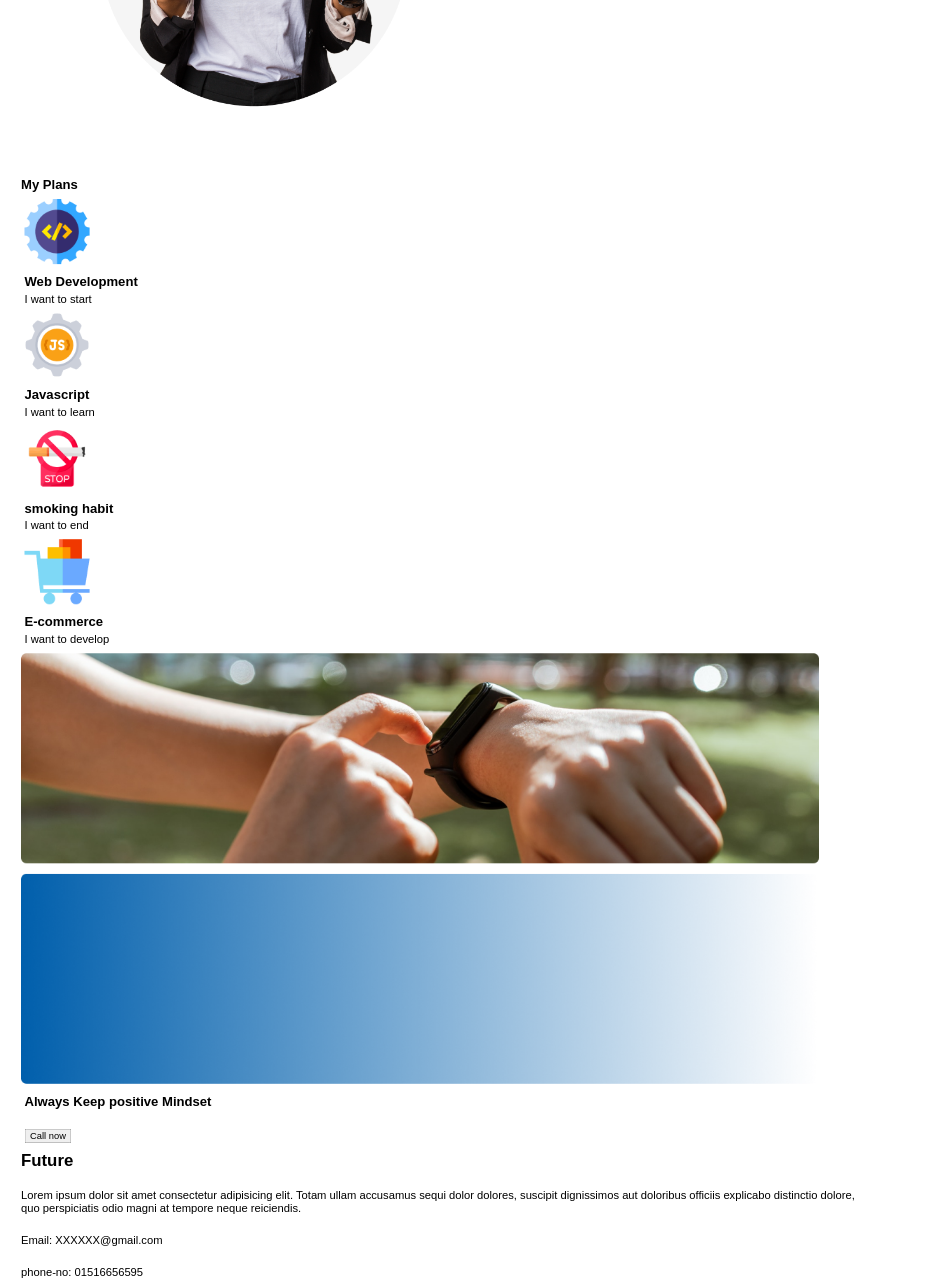
Repository: sadiaafsana138/All-Thinks-Are-Possible-Website
Page: index.html
The author's editor kept a copy of each file at every save. The page is drawn from the files as they stood at one save, then again after the next save.
The browser window is 1280 px wide. The page is 1344 px wide, so the pictures cover 1344 px, including what lies to the right of the window. The pictures show the part of the page from y = 1275 to 3115 px (the page is 3446 px tall), at 70% of full size.

Above is the page before, as saved 2023-01-08 10:47:09.

### index.html
<!DOCTYPE html>
<html lang="en">

<head>
    <meta charset="UTF-8">
    <meta http-equiv="X-UA-Compatible" content="IE=edge">
    <meta name="viewport" content="width=device-width, initial-scale=1.0">
    <title>First Website</title>
    <link rel="stylesheet" href="styles/web.css">
</head>

<body>
    <!-- header -->
    <header>
        <section class="section1">
            <div>
                <h1 id="head-text1">
                    All Thinks Are<br>Possible If You<br>believe
                </h1>
                <p id="head-text2" >Lorem ipsum dolor sit consectetur adipisicing<br>elit.Veritatis quisquam necessitatibus <br>quod rem vel modi laboriosam doloribus<br>laborum dolorem?
                </p>
                <button id="button1">
                    Contact Us
                </button>
            </div>
        </section>
    </header>
    <main>
        <!--second section-->
        <section class="section2">
            <div id="sec2details">
                <img id="sec2img" src="images/person.png" alt="person">
                <div id="sec2text">
                    <h2>
                        My failures of <br>
                        previous year
                    </h2>
                    <p>
                        Lorem ipsum dolor, sit amet adipisicing
                        elit. Ullam,<br> inventore cum. Totam culpa voluptate possimus.
                    </p>
                    <ul>
                        <li>aaaaaaa</li>
                        <li>aaaaaaaaa</li>
                        <li>aaaaaaaa</li>
                        <li>aaaaaaa</li>
                        <li>aaaaaaa</li>
                    </ul>
                </div>
            </div>
        </section>

        <!--section 3-->
        <section>
            <div>
                <h3>
                    My Plans
                </h3>
                <div>
                    <img src="images/icons/web.png" alt=""><br>
                    <H3>Web Development</H3>
                    <p>I want to start</p>
                </div>
                <div>
                    <img src="images/icons/js.png" alt=""><br>
                    <H3>Javascript</H3>
                    <p>I want to learn</p>
                </div>
                <div>
                    <img src="images/icons/smoke.png" alt=""><br>
                    <H3>smoking habit</H3>
                    <p>I want to end</p>
                </div>
                <div>
                    <img src="images/icons/ecom.png" alt=""><br>
                    <H3>E-commerce</H3>
                    <p>I want to develop</p>
                </div>
            </div>
            <div>
                <img src="images/watch.png" alt="">
                <img src="images/gradient1.png" alt="">
                <div>
                    <h3>Always Keep positive Mindset</h3><br>
                    <button>Call now</button>
                </div>
            </div>
        </section>

    </main>
    <footer>
        <Section>
            <div>
                <h2>Future</h2><br>
                <p>Lorem ipsum dolor sit amet consectetur adipisicing elit. Totam ullam accusamus sequi dolor dolores,
                    suscipit dignissimos aut doloribus officiis explicabo distinctio dolore, quo perspiciatis odio magni
                    at tempore neque reiciendis.
                </p><br>
                <p>Email: XXXXXX@gmail.com</p><br>
                <P>phone-no: 01516656595</P><br>
                <ul>
                    <li><img src="images/icons/fb.png" alt=""></li>
                    <li><img src="images/icons/youtube.png" alt=""></li>
                    <li><img src="images/icons/twitter.png" alt=""></li>
                </ul>
            </div>
            <div>
                <h3>subscribe</h3><br>
                <input type="email" plavceholder="Enter Your Email"><br>
                <button>subscribe here</button>
            </div>
        </Section>
    </footer>
</body>

</html>

### styles/web.css
*{
margin: 5px 5px ;
font-family: Arial, Helvetica, sans-serif;
}
.section1{
    background-image:url(../images/banner/banner3.png);
    height: 808px;
    width:cover;
    background-repeat: no-repeat;
    background-color: blue;

}
#head-text1{
    color: white;
    padding-left: 50% ;
    padding-right:5%;
    padding-top: 20%;
    text-align: right;
    Font-style: Bold;
}
#head-text2{
    color: white;
    padding-left: 50% ;
    padding-right:5%;
    text-align: right;
}
#button1{
    margin-top: 10px;
    width: 160px;
    height: 56px;
    left: 640px;
    top: 438px;
    text-align: center;
    align-items: right;
    background: white;
    border-radius: 5px;
    margin-right: 150px;
    margin-left: 82%;
    align-content: right;
}
#sec2details{
    display: flex;
    width: 1000px;
    height: 700px;
    margin-left: 100px;
    margin-right: 100px;
}
#sec2img{
    align-items: center;

    margin-bottom:20%;
    height: 600px;
    width: 500px;
}
#sec2text{
        text-align: justify;
        margin-left: 20%;
        margin-top: 17%;
        margin-bottom: 20%;
}

After the next save:
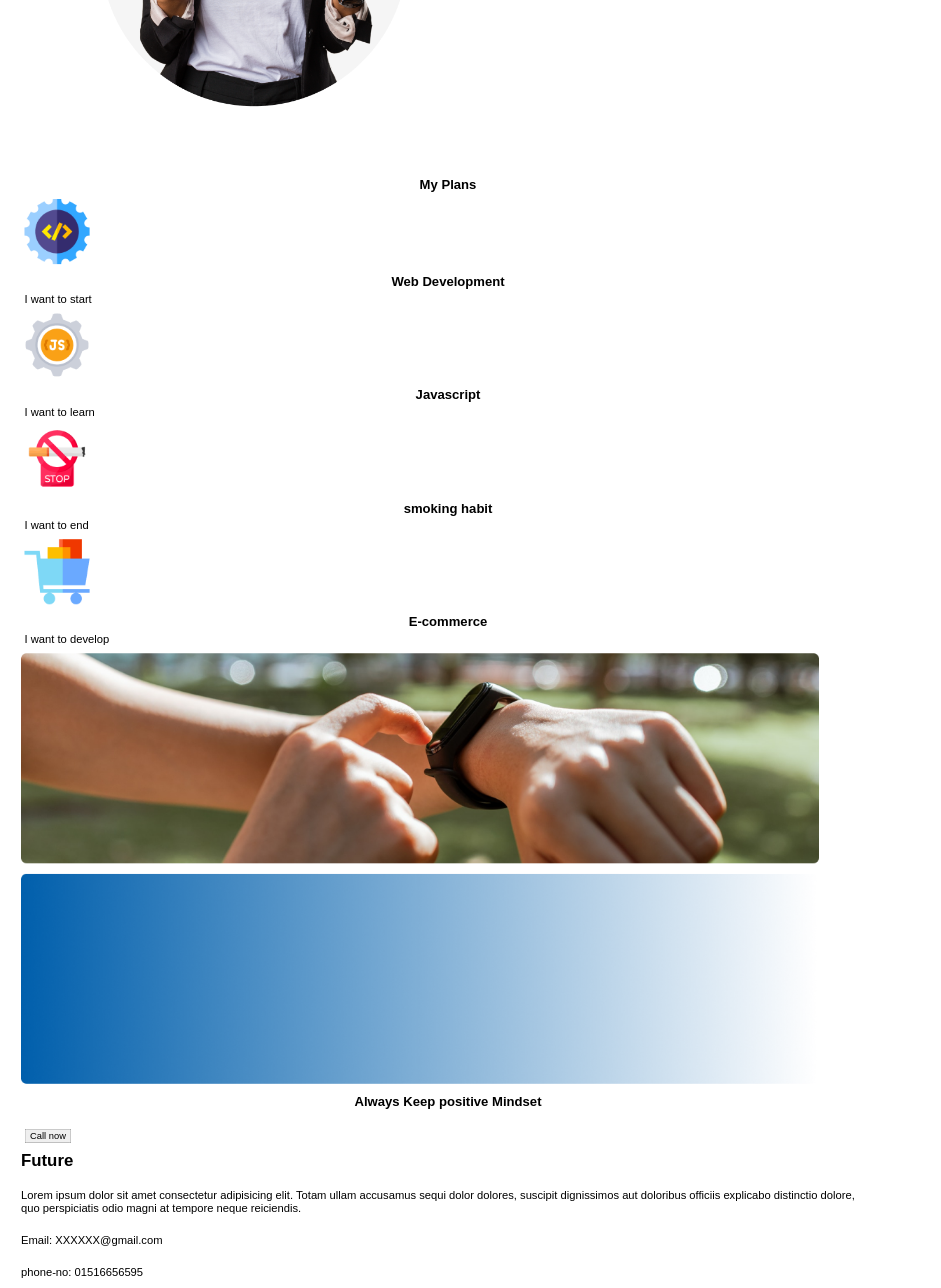
Saved 13 min 52 s later.
--- a/index.html
+++ b/index.html
@@ -51,11 +51,12 @@
         </section>
 
         <!--section 3-->
-        <section>
-            <div>
-                <h3>
-                    My Plans
-                </h3>
+        <section class="section3">
+            <h3>
+                My Plans
+            </h3>
+            <div >
+
                 <div>
                     <img src="images/icons/web.png" alt=""><br>
                     <H3>Web Development</H3>
--- a/styles/web.css
+++ b/styles/web.css
@@ -58,3 +58,6 @@ font-family: Arial, Helvetica, sans-serif;
         margin-top: 17%;
         margin-bottom: 20%;
 }
+.section3 h3{
+   text-align: center;
+}
